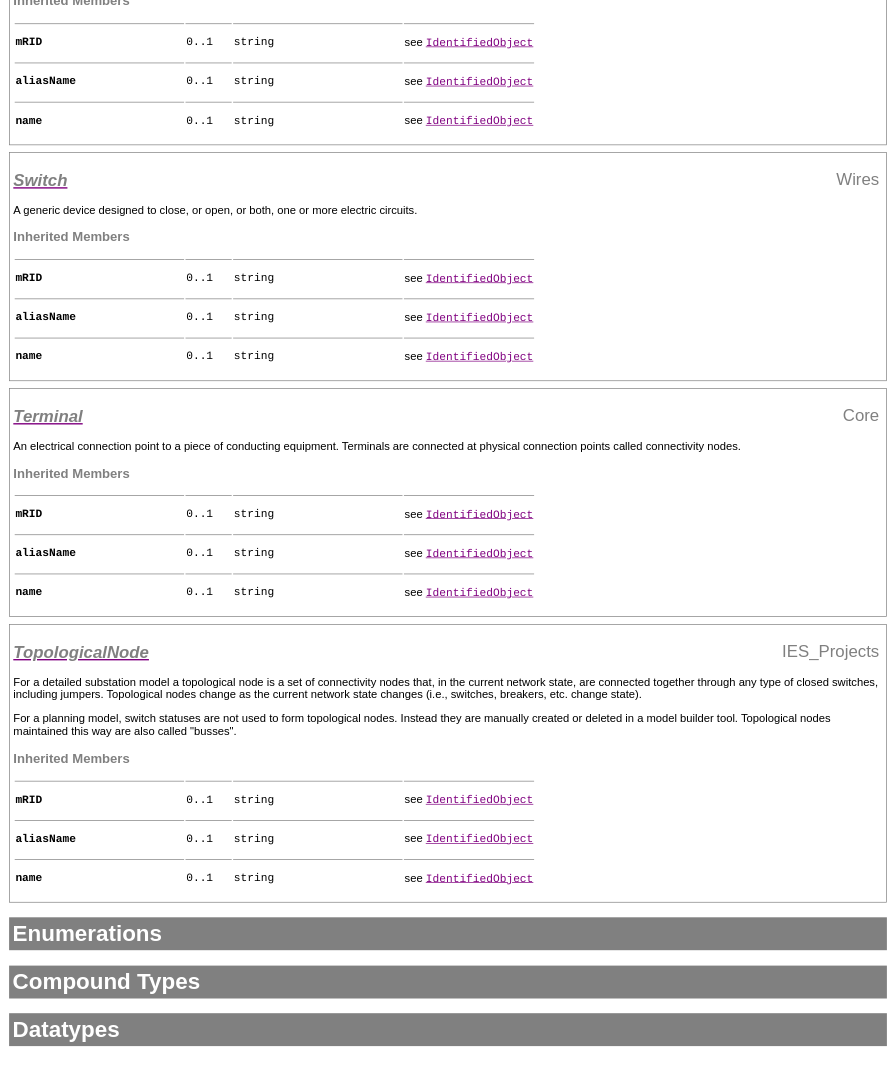
Repository: markodj99/IES-Project
Page: Projekat/Profile/Profile/Profiles/Profile.html
The author's editor kept a copy of each file at every save. The page is drawn from the files as they stood at one save, then again after the next save.
The browser window is 1280 px wide. The pictures show the part of the page from y = 2648 to 4568 px (the page is 4177 px tall before and 4568 px after), at 70% of full size.

Above is the page before, as saved 2022-07-28 17:18:05.

### Projekat/Profile/Profile/Profiles/Profile.html
<?xml version="1.0" encoding="UTF-8"?>
<!DOCTYPE html PUBLIC "-//W3C//DTD XHTML 1.1//EN" "http://www.w3.org/TR/xhtml11/DTD/xhtml11.dtd">
<html xmlns="http://www.w3.org/1999/xhtml" xmlns:a="http://langdale.com.au/2005/Message#" xmlns:xs="http://www.w3.org/2001/XMLSchema">
<head>
<title>Profile Documentation</title>
<style type="text/css">
/* typography: fonts */
body { font-family: arial, sans-serif; }

.name, .type, .cardinality, .superclass, .xsdtype, .namespace { font-family: courier, monospace; }


/* typography: emphasis */
h1 { color: white; background: gray;}

h2, h3 { color: gray; text-decoration: none;}

h2.abstract, h2.enumerated, h2.domain {font-style: italic }

p.note { background-color: #ddd }

p.declaration { color: gray }

:link { color: purple; }

.xsdtype { color: black; font-weight: bold; }

.namespace { color: black }

.package { font-size: x-large; color: gray }


/* borders */
div.group {
	border-style: solid;
	border-color: gray;
	border-width: 1px;

}

th, td {
	border-top-style : solid;
	border-top-width : 1px;
	border-color: gray;
 }


/* spacing and alignment */
body {padding: 5px; }

h1 { padding: 5px;}

div.group {
	margin-top: 10px;
	padding: 5px;
	position: relative;
}
th, td {
	text-align : left;
	vertical-align : top;
}
th, td.type { width: 15em; overflow: visible; }

p.cardinality { width: 4em; }

p.package { position: absolute; right: 10px; top: 0px}
</style>
</head>
<body>
<h1>Profile Documentation</h1>
<p/>
<p class="declaration">
					Profile namespace:
					<span class="namespace">http://iec.ch/TC57/2007/profile#</span>
</p>
<h1>Concrete Classes</h1>
<h1>Abstract Classes</h1>
<div id="BaseVoltage" class="group">
<a href="#BaseVoltage">
<h2 class="abstract">BaseVoltage</h2>
</a>
<p class="package">Core</p>
<p class="comment">Defines a system base voltage which is referenced.</p>
<h3>Inherited Members</h3>
<table>
<tr>
<th>
<p class="name">mRID</p>
</th>
<td>
<p class="cardinality">0..1</p>
</td>
<td class="type">
<p class="type">string</p>
</td>
<td>
<p>see <a class="superclass" href="#IdentifiedObject.mRID">IdentifiedObject</a>
</p>
</td>
</tr>
<tr>
<th>
<p class="name">aliasName</p>
</th>
<td>
<p class="cardinality">0..1</p>
</td>
<td class="type">
<p class="type">string</p>
</td>
<td>
<p>see <a class="superclass" href="#IdentifiedObject.aliasName">IdentifiedObject</a>
</p>
</td>
</tr>
<tr>
<th>
<p class="name">name</p>
</th>
<td>
<p class="cardinality">0..1</p>
</td>
<td class="type">
<p class="type">string</p>
</td>
<td>
<p>see <a class="superclass" href="#IdentifiedObject.name">IdentifiedObject</a>
</p>
</td>
</tr>
</table>
</div>
<div id="ConductingEquipment" class="group">
<a href="#ConductingEquipment">
<h2 class="abstract">ConductingEquipment</h2>
</a>
<p class="package">IES_Projects</p>
<p class="comment">The parts of the power system that are designed to carry current or that are conductively connected through terminals.</p>
<h3>Inherited Members</h3>
<table/>
<table/>
<table>
<tr>
<th>
<p class="name">mRID</p>
</th>
<td>
<p class="cardinality">0..1</p>
</td>
<td class="type">
<p class="type">string</p>
</td>
<td>
<p>see <a class="superclass" href="#IdentifiedObject.mRID">IdentifiedObject</a>
</p>
</td>
</tr>
<tr>
<th>
<p class="name">aliasName</p>
</th>
<td>
<p class="cardinality">0..1</p>
</td>
<td class="type">
<p class="type">string</p>
</td>
<td>
<p>see <a class="superclass" href="#IdentifiedObject.aliasName">IdentifiedObject</a>
</p>
</td>
</tr>
<tr>
<th>
<p class="name">name</p>
</th>
<td>
<p class="cardinality">0..1</p>
</td>
<td class="type">
<p class="type">string</p>
</td>
<td>
<p>see <a class="superclass" href="#IdentifiedObject.name">IdentifiedObject</a>
</p>
</td>
</tr>
</table>
</div>
<div id="ConnectivityNode" class="group">
<a href="#ConnectivityNode">
<h2 class="abstract">ConnectivityNode</h2>
</a>
<p class="package">IES_Projects</p>
<p class="comment">Connectivity nodes are points where terminals of conducting equipment are connected together with zero impedance.</p>
<h3>Inherited Members</h3>
<table>
<tr>
<th>
<p class="name">mRID</p>
</th>
<td>
<p class="cardinality">0..1</p>
</td>
<td class="type">
<p class="type">string</p>
</td>
<td>
<p>see <a class="superclass" href="#IdentifiedObject.mRID">IdentifiedObject</a>
</p>
</td>
</tr>
<tr>
<th>
<p class="name">aliasName</p>
</th>
<td>
<p class="cardinality">0..1</p>
</td>
<td class="type">
<p class="type">string</p>
</td>
<td>
<p>see <a class="superclass" href="#IdentifiedObject.aliasName">IdentifiedObject</a>
</p>
</td>
</tr>
<tr>
<th>
<p class="name">name</p>
</th>
<td>
<p class="cardinality">0..1</p>
</td>
<td class="type">
<p class="type">string</p>
</td>
<td>
<p>see <a class="superclass" href="#IdentifiedObject.name">IdentifiedObject</a>
</p>
</td>
</tr>
</table>
</div>
<div id="ConnectivityNodeContainer" class="group">
<a href="#ConnectivityNodeContainer">
<h2 class="abstract">ConnectivityNodeContainer</h2>
</a>
<p class="package">IES_Projects</p>
<p class="comment">A base class for all objects that may contain connectivity nodes or topological nodes.</p>
<h3>Inherited Members</h3>
<table/>
<table>
<tr>
<th>
<p class="name">mRID</p>
</th>
<td>
<p class="cardinality">0..1</p>
</td>
<td class="type">
<p class="type">string</p>
</td>
<td>
<p>see <a class="superclass" href="#IdentifiedObject.mRID">IdentifiedObject</a>
</p>
</td>
</tr>
<tr>
<th>
<p class="name">aliasName</p>
</th>
<td>
<p class="cardinality">0..1</p>
</td>
<td class="type">
<p class="type">string</p>
</td>
<td>
<p>see <a class="superclass" href="#IdentifiedObject.aliasName">IdentifiedObject</a>
</p>
</td>
</tr>
<tr>
<th>
<p class="name">name</p>
</th>
<td>
<p class="cardinality">0..1</p>
</td>
<td class="type">
<p class="type">string</p>
</td>
<td>
<p>see <a class="superclass" href="#IdentifiedObject.name">IdentifiedObject</a>
</p>
</td>
</tr>
</table>
</div>
<div id="Equipment" class="group">
<a href="#Equipment">
<h2 class="abstract">Equipment</h2>
</a>
<p class="package">IES_Projects</p>
<p class="comment">The parts of a power system that are physical devices, electronic or mechanical.</p>
<h3>Inherited Members</h3>
<table/>
<table>
<tr>
<th>
<p class="name">mRID</p>
</th>
<td>
<p class="cardinality">0..1</p>
</td>
<td class="type">
<p class="type">string</p>
</td>
<td>
<p>see <a class="superclass" href="#IdentifiedObject.mRID">IdentifiedObject</a>
</p>
</td>
</tr>
<tr>
<th>
<p class="name">aliasName</p>
</th>
<td>
<p class="cardinality">0..1</p>
</td>
<td class="type">
<p class="type">string</p>
</td>
<td>
<p>see <a class="superclass" href="#IdentifiedObject.aliasName">IdentifiedObject</a>
</p>
</td>
</tr>
<tr>
<th>
<p class="name">name</p>
</th>
<td>
<p class="cardinality">0..1</p>
</td>
<td class="type">
<p class="type">string</p>
</td>
<td>
<p>see <a class="superclass" href="#IdentifiedObject.name">IdentifiedObject</a>
</p>
</td>
</tr>
</table>
</div>
<div id="IdentifiedObject" class="group">
<a href="#IdentifiedObject">
<h2 class="abstract">IdentifiedObject</h2>
</a>
<p class="package">Core</p>
<p class="comment">This is a root class to provide common identification for all classes needing identification and naming attributes.</p>
<h3>Native Members</h3>
<table>
<tr>
<th>
<p class="name" id="IdentifiedObject.mRID">mRID</p>
</th>
<td>
<p class="cardinality">0..1</p>
</td>
<td class="type">
<p class="type">string</p>
</td>
<td>
<p class="comment">Master resource identifier issued by a model authority. The mRID is globally unique within an exchange context.</p>
<p class="comment">Global uniqeness is easily achived by using a UUID for the mRID. It is strongly recommended to do this.</p>
<p class="comment">For CIMXML data files in RDF syntax, the mRID is mapped to rdf:ID or rdf:about attributes that identify CIM object elements.</p>
</td>
</tr>
<tr>
<th>
<p class="name" id="IdentifiedObject.aliasName">aliasName</p>
</th>
<td>
<p class="cardinality">0..1</p>
</td>
<td class="type">
<p class="type">string</p>
</td>
<td>
<p class="comment">The aliasName is free text human readable name of the object alternative to IdentifiedObject.name. It may be non unique and may not correlate to a naming hierarchy.</p>
<p class="comment">The attribute aliasName is retained because of backwards compatibility between CIM relases. It is however recommended to replace aliasName with the Name class as aliasName is planned for retirement at a future time.</p>
</td>
</tr>
<tr>
<th>
<p class="name" id="IdentifiedObject.name">name</p>
</th>
<td>
<p class="cardinality">0..1</p>
</td>
<td class="type">
<p class="type">string</p>
</td>
<td>
<p class="comment">The name is any free human readable and possibly non unique text naming the object.</p>
</td>
</tr>
</table>
</div>
<div id="PowerSystemResource" class="group">
<a href="#PowerSystemResource">
<h2 class="abstract">PowerSystemResource</h2>
</a>
<p class="package">Core</p>
<p class="comment">A power system resource can be an item of equipment such as a switch, an equipment container containing many individual items of equipment such as a substation, or an organisational entity such as sub-control area. Power system resources can have measurements associated.</p>
<h3>Inherited Members</h3>
<table>
<tr>
<th>
<p class="name">mRID</p>
</th>
<td>
<p class="cardinality">0..1</p>
</td>
<td class="type">
<p class="type">string</p>
</td>
<td>
<p>see <a class="superclass" href="#IdentifiedObject.mRID">IdentifiedObject</a>
</p>
</td>
</tr>
<tr>
<th>
<p class="name">aliasName</p>
</th>
<td>
<p class="cardinality">0..1</p>
</td>
<td class="type">
<p class="type">string</p>
</td>
<td>
<p>see <a class="superclass" href="#IdentifiedObject.aliasName">IdentifiedObject</a>
</p>
</td>
</tr>
<tr>
<th>
<p class="name">name</p>
</th>
<td>
<p class="cardinality">0..1</p>
</td>
<td class="type">
<p class="type">string</p>
</td>
<td>
<p>see <a class="superclass" href="#IdentifiedObject.name">IdentifiedObject</a>
</p>
</td>
</tr>
</table>
</div>
<div id="Switch" class="group">
<a href="#Switch">
<h2 class="abstract">Switch</h2>
</a>
<p class="package">Wires</p>
<p class="comment">A generic device designed to close, or open, or both, one or more electric circuits.</p>
<h3>Inherited Members</h3>
<table/>
<table/>
<table/>
<table>
<tr>
<th>
<p class="name">mRID</p>
</th>
<td>
<p class="cardinality">0..1</p>
</td>
<td class="type">
<p class="type">string</p>
</td>
<td>
<p>see <a class="superclass" href="#IdentifiedObject.mRID">IdentifiedObject</a>
</p>
</td>
</tr>
<tr>
<th>
<p class="name">aliasName</p>
</th>
<td>
<p class="cardinality">0..1</p>
</td>
<td class="type">
<p class="type">string</p>
</td>
<td>
<p>see <a class="superclass" href="#IdentifiedObject.aliasName">IdentifiedObject</a>
</p>
</td>
</tr>
<tr>
<th>
<p class="name">name</p>
</th>
<td>
<p class="cardinality">0..1</p>
</td>
<td class="type">
<p class="type">string</p>
</td>
<td>
<p>see <a class="superclass" href="#IdentifiedObject.name">IdentifiedObject</a>
</p>
</td>
</tr>
</table>
</div>
<div id="Terminal" class="group">
<a href="#Terminal">
<h2 class="abstract">Terminal</h2>
</a>
<p class="package">Core</p>
<p class="comment">An electrical connection point to a piece of conducting equipment. Terminals are connected at physical connection points called connectivity nodes.</p>
<h3>Inherited Members</h3>
<table>
<tr>
<th>
<p class="name">mRID</p>
</th>
<td>
<p class="cardinality">0..1</p>
</td>
<td class="type">
<p class="type">string</p>
</td>
<td>
<p>see <a class="superclass" href="#IdentifiedObject.mRID">IdentifiedObject</a>
</p>
</td>
</tr>
<tr>
<th>
<p class="name">aliasName</p>
</th>
<td>
<p class="cardinality">0..1</p>
</td>
<td class="type">
<p class="type">string</p>
</td>
<td>
<p>see <a class="superclass" href="#IdentifiedObject.aliasName">IdentifiedObject</a>
</p>
</td>
</tr>
<tr>
<th>
<p class="name">name</p>
</th>
<td>
<p class="cardinality">0..1</p>
</td>
<td class="type">
<p class="type">string</p>
</td>
<td>
<p>see <a class="superclass" href="#IdentifiedObject.name">IdentifiedObject</a>
</p>
</td>
</tr>
</table>
</div>
<div id="TopologicalNode" class="group">
<a href="#TopologicalNode">
<h2 class="abstract">TopologicalNode</h2>
</a>
<p class="package">IES_Projects</p>
<p class="comment">For a detailed substation model a topological node is a set of connectivity nodes that, in the current network state, are connected together through any type of closed switches, including  jumpers. Topological nodes change as the current network state changes (i.e., switches, breakers, etc. change state).</p>
<p class="comment">For a planning model, switch statuses are not used to form topological nodes. Instead they are manually created or deleted in a model builder tool. Topological nodes maintained this way are also called "busses".</p>
<h3>Inherited Members</h3>
<table>
<tr>
<th>
<p class="name">mRID</p>
</th>
<td>
<p class="cardinality">0..1</p>
</td>
<td class="type">
<p class="type">string</p>
</td>
<td>
<p>see <a class="superclass" href="#IdentifiedObject.mRID">IdentifiedObject</a>
</p>
</td>
</tr>
<tr>
<th>
<p class="name">aliasName</p>
</th>
<td>
<p class="cardinality">0..1</p>
</td>
<td class="type">
<p class="type">string</p>
</td>
<td>
<p>see <a class="superclass" href="#IdentifiedObject.aliasName">IdentifiedObject</a>
</p>
</td>
</tr>
<tr>
<th>
<p class="name">name</p>
</th>
<td>
<p class="cardinality">0..1</p>
</td>
<td class="type">
<p class="type">string</p>
</td>
<td>
<p>see <a class="superclass" href="#IdentifiedObject.name">IdentifiedObject</a>
</p>
</td>
</tr>
</table>
</div>
<h1>Enumerations</h1>
<h1>Compound Types</h1>
<h1>Datatypes</h1>
</body>
</html>

After the next save:
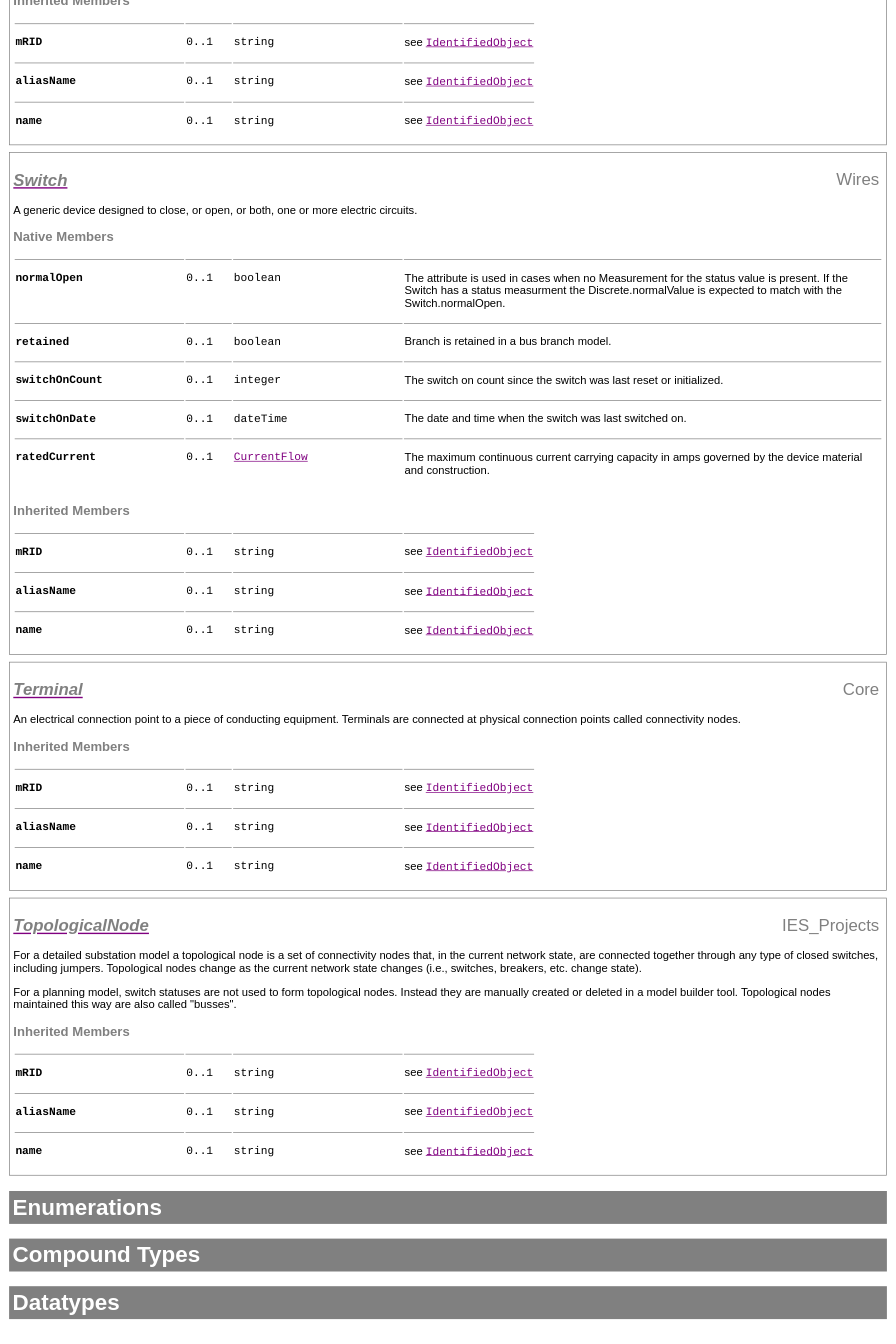
Saved 1 s later.
--- a/Projekat/Profile/Profile/Profiles/Profile.html
+++ b/Projekat/Profile/Profile/Profiles/Profile.html
@@ -470,6 +470,81 @@ p.package { position: absolute; right: 10px; top: 0px}
 </a>
 <p class="package">Wires</p>
 <p class="comment">A generic device designed to close, or open, or both, one or more electric circuits.</p>
+<h3>Native Members</h3>
+<table>
+<tr>
+<th>
+<p class="name" id="Switch.normalOpen">normalOpen</p>
+</th>
+<td>
+<p class="cardinality">0..1</p>
+</td>
+<td class="type">
+<p class="type">boolean</p>
+</td>
+<td>
+<p class="comment">The attribute is used in cases when no Measurement for the status value is present. If the Switch has a status measurment the Discrete.normalValue is expected to match with the Switch.normalOpen.</p>
+</td>
+</tr>
+<tr>
+<th>
+<p class="name" id="Switch.retained">retained</p>
+</th>
+<td>
+<p class="cardinality">0..1</p>
+</td>
+<td class="type">
+<p class="type">boolean</p>
+</td>
+<td>
+<p class="comment">Branch is retained in a bus branch model.</p>
+</td>
+</tr>
+<tr>
+<th>
+<p class="name" id="Switch.switchOnCount">switchOnCount</p>
+</th>
+<td>
+<p class="cardinality">0..1</p>
+</td>
+<td class="type">
+<p class="type">integer</p>
+</td>
+<td>
+<p class="comment">The switch on count since the switch was last reset or initialized.</p>
+</td>
+</tr>
+<tr>
+<th>
+<p class="name" id="Switch.switchOnDate">switchOnDate</p>
+</th>
+<td>
+<p class="cardinality">0..1</p>
+</td>
+<td class="type">
+<p class="type">dateTime</p>
+</td>
+<td>
+<p class="comment">The date and time when the switch was last switched on.</p>
+</td>
+</tr>
+<tr>
+<th>
+<p class="name" id="Switch.ratedCurrent">ratedCurrent</p>
+</th>
+<td>
+<p class="cardinality">0..1</p>
+</td>
+<td class="type">
+<p class="type">
+<a href="#CurrentFlow">CurrentFlow</a>
+</p>
+</td>
+<td>
+<p class="comment">The maximum continuous current carrying capacity in amps governed by the device material and construction.</p>
+</td>
+</tr>
+</table>
 <h3>Inherited Members</h3>
 <table/>
 <table/>
